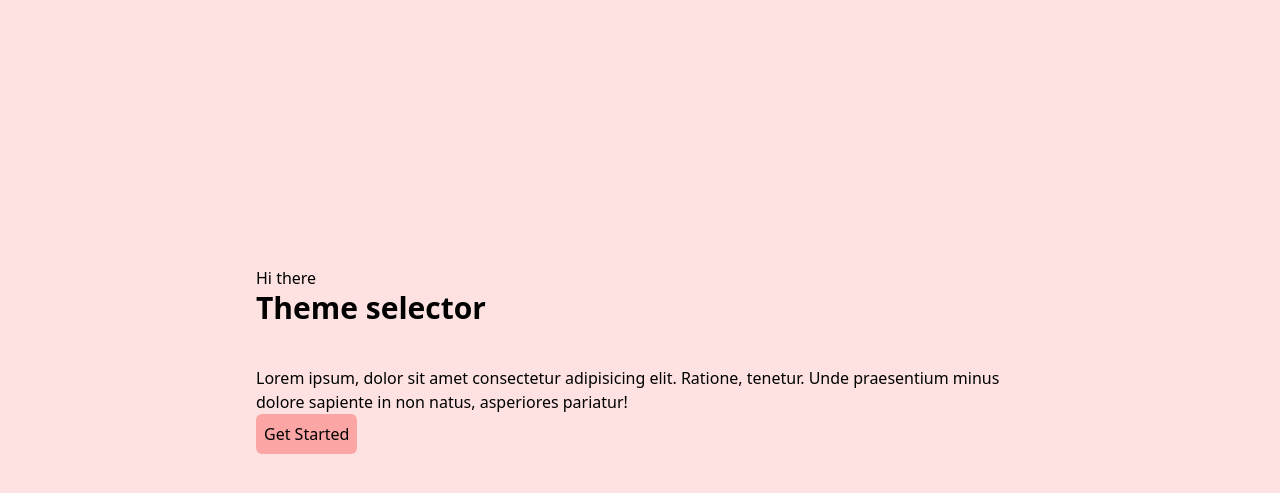
Repository: prince-bansal/tailwind-theme-switcher
Page: /
These files come from the project's save history. The page is drawn as it stood at one moment and after the next save; the edit follows.
The browser window is 1280 px wide. The pictures show the whole page.
The project was rebuilt for these pictures with package versions that can differ from the ones it lists, and the page was loaded fresh each time. Also part of the build but not shown: vite.config.ts, src/App.css.

Above is the page before, as saved 2024-03-17 19:08:50.

After the next save:
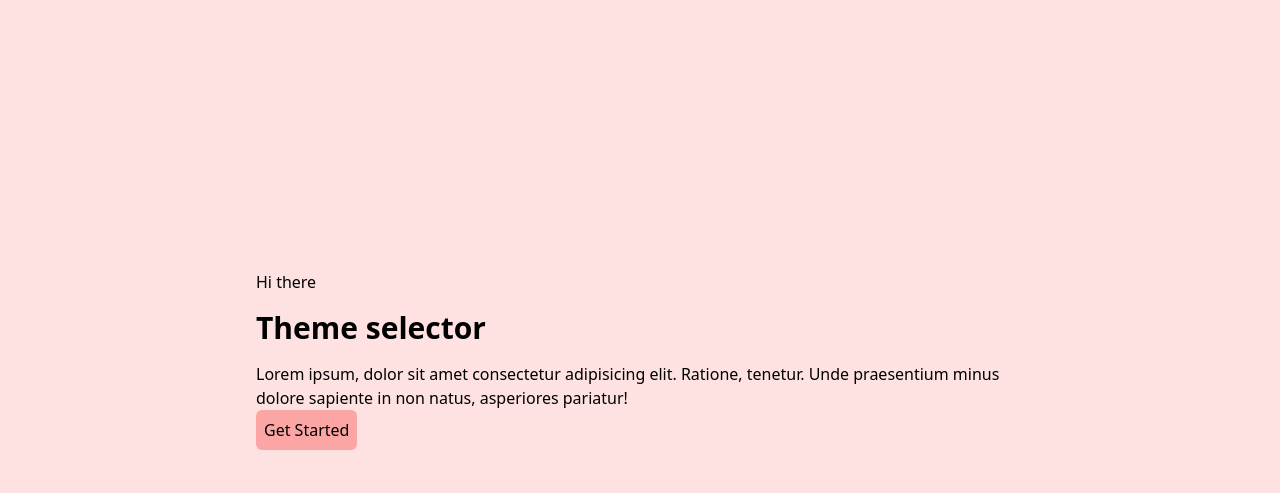
Saved 8 s later.
--- a/src/App.tsx
+++ b/src/App.tsx
@@ -6,7 +6,7 @@ function App() {
     <div className="bg-red-100 min-h-screen flex items-center justify-center">
       <div className='w-[60%] m-auto'>
         <p>Hi there</p>
-        <h1 className="text-3xl mb-10 font-bold">Theme selector</h1>
+        <h1 className="text-3xl my-4 font-bold">Theme selector</h1>
         <p>
           Lorem ipsum, dolor sit amet consectetur adipisicing elit. Ratione,
           tenetur. Unde praesentium minus dolore sapiente in non natus,
